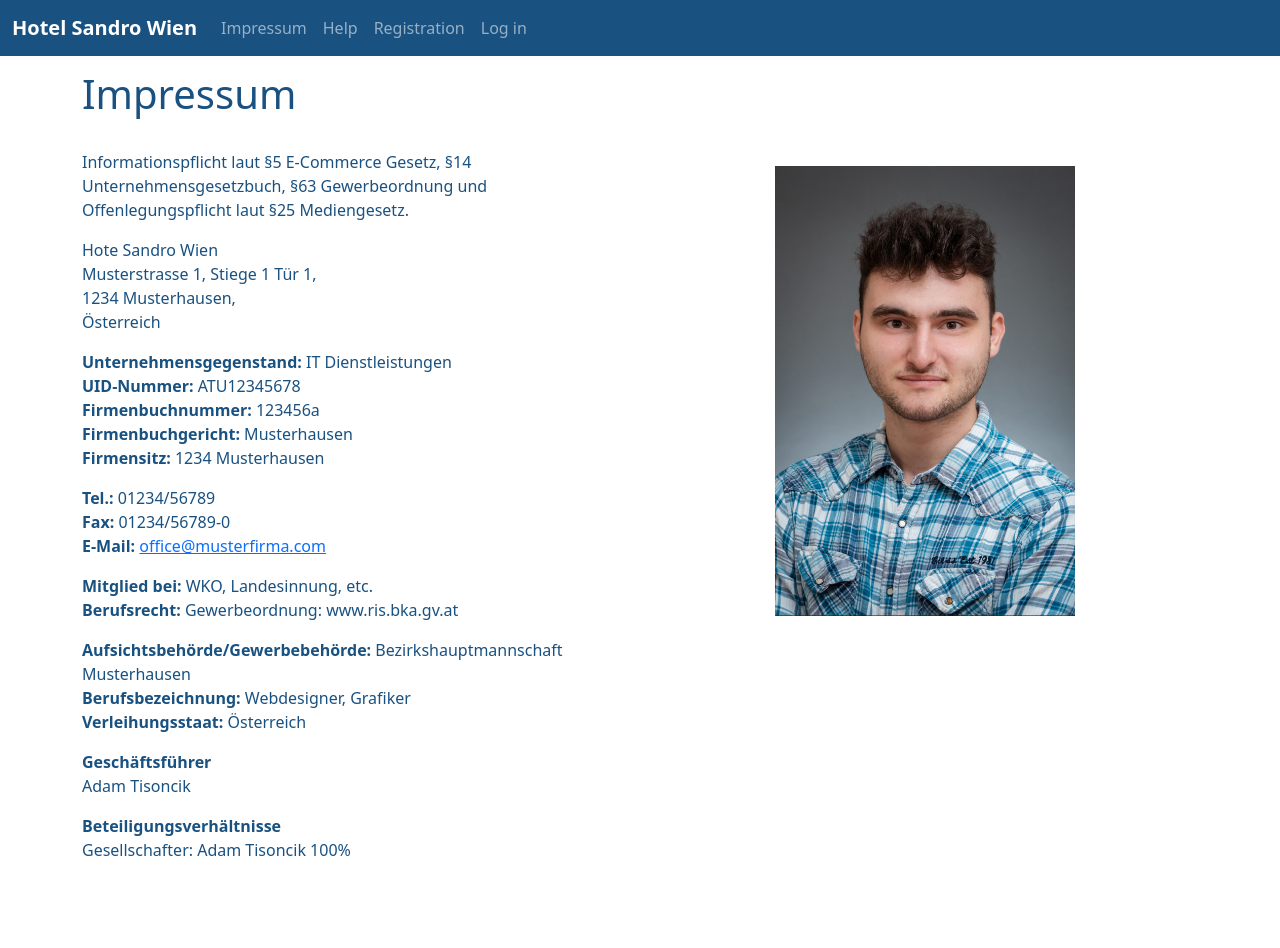
Repository: TIS0N/Hotel_Sandro
Page: http://localhost/pages/impressum.php
These files come from the project's save history. The page is drawn as it stood at one moment and after the next save; the edit follows.
The browser window is 1280 px wide. The pictures show the whole page.
The page is run by PHP 8.4 with error messages shown; the project is at /var/www/html/.

Above is the page before, as saved 2023-01-13 01:18:03.

After the next save:
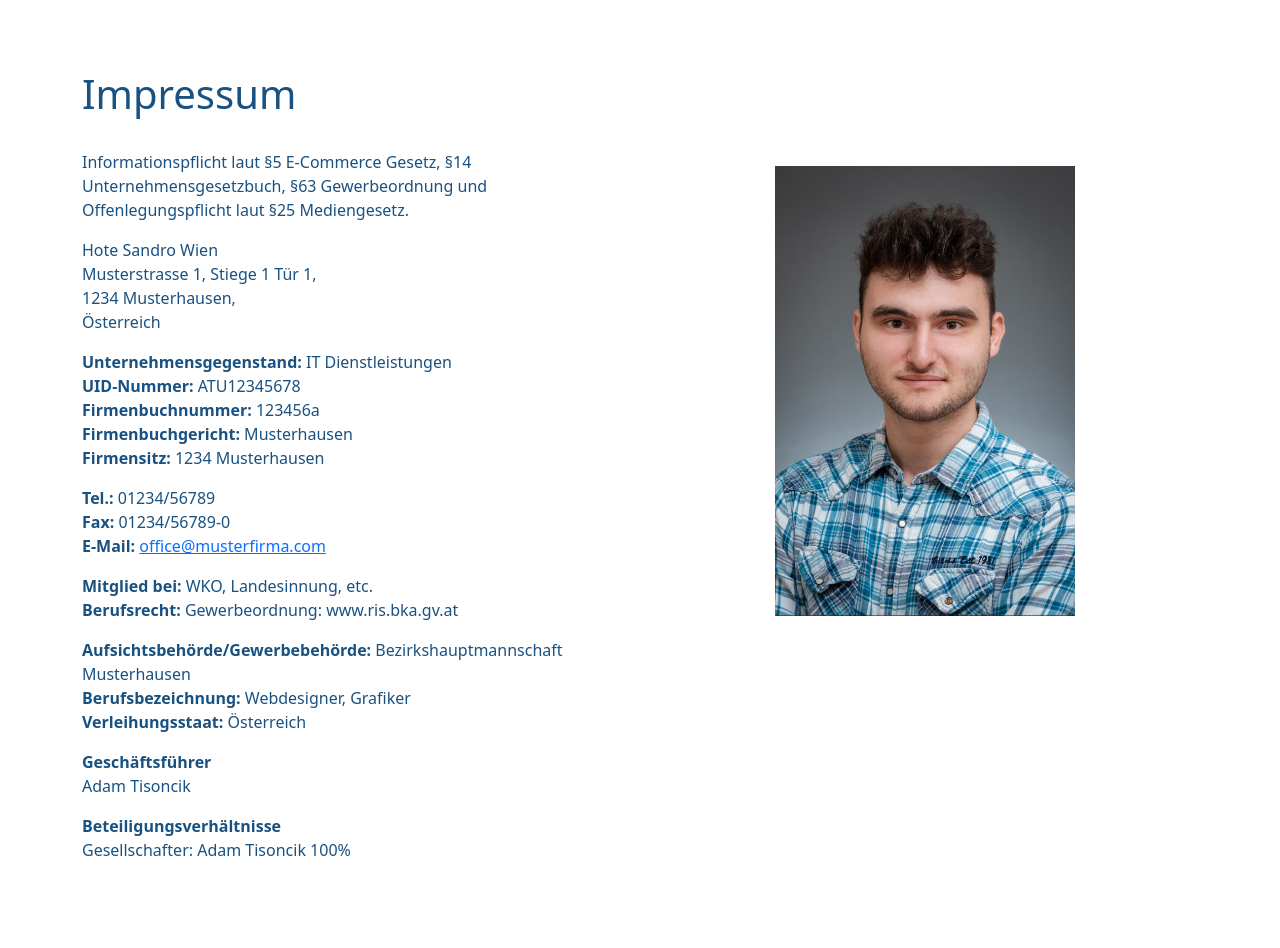
Saved 20 h 35 min later.
--- a/pages/impressum.php
+++ b/pages/impressum.php
@@ -12,7 +12,7 @@
 <body id="body">
 
 <?php
-include "navigation.php";
+//include "navigation.php";
 ?>
 
     <div class="container text-start" id="impressum">
